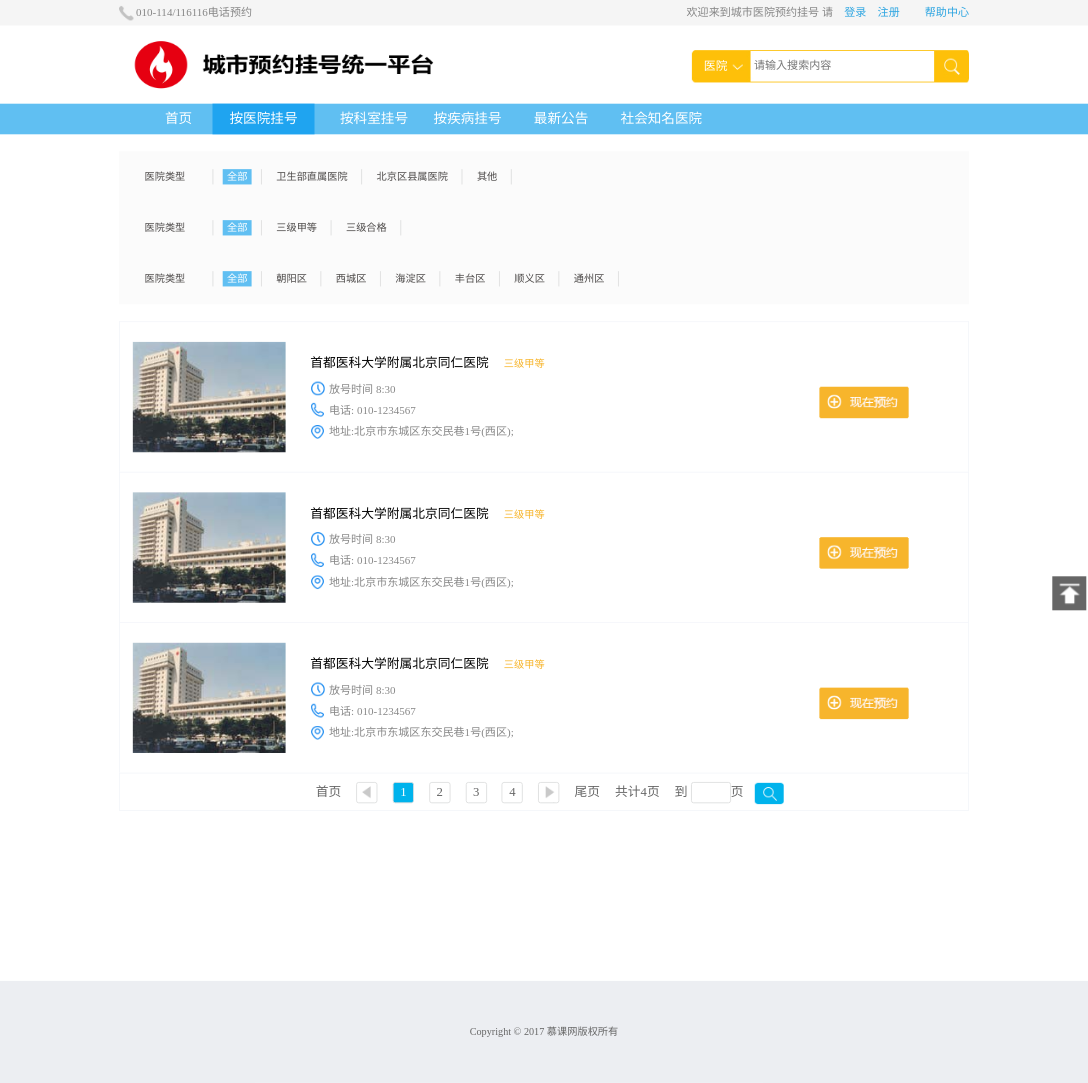
Repository: ScarApocalypse/study
Page: 挂号平台/hosptial.html
The author's editor kept a copy of each file at every save. The page is drawn from the files as they stood at one save, then again after the next save.
The browser window is 1280 px wide. The pictures show the whole page, at 85% of full size.

Above is the page before, as saved 2019-01-22 17:00:02.

### 挂号平台/hosptial.html
<!DOCTYPE html>
<html lang="en">

<head>
    <meta charset="UTF-8">
    <title>城市预约挂号</title>
    <link rel="stylesheet" href="css/layout.css">
    <link rel="stylesheet" type="text/css" href="css/base.css">
    <link rel="stylesheet" type="text/css" href="css/ui.css">
    <link rel="stylesheet" href="css/hosptial.css">
    <script type="text/javascript" src="js/jquery-1.7.1.min.js"></script>
    <script type="text/javascript" src="js/data.js"></script>
    <script src="js/hosptial.js"></script>
</head>

<body>
    <!-- 顶部区域 -->
    <div id="top" class="top">
        <div class="wrap">
            <p class="call">010-114/116116电话预约</p>
            <p class="welcome">欢迎来到城市医院预约挂号&nbsp;请&nbsp;<a href="#">登录</a>
                <a href="#">注册</a>
                &nbsp;&nbsp;&nbsp;&nbsp;
                <a href="#">帮助中心</a>
            </p>

        </div>
    </div>
    <!-- 头部区域 -->
    <div id="header" class="header">
        <div class="wrap">
            <a href="index.html" class="logo">
                <img src="img/logo.png">
            </a>
            <div class="search ui-search">
                <div class="ui-search-selected">医院</div>
                <div class="ui-search-selected-list">
                    <a href="#">科室</a>
                    <a href="#">疾病</a>
                    <a href="#">医院</a>

                </div>
                <input class="ui-search-input" type="text" name="search-content" placeholder="请输入搜索内容">
                <a href="#" class="ui-search-submit"></a>
            </div>
        </div>
    </div>
    <!-- 导航栏区域 -->
    <div id="nav" class="nav">
        <div class="wrap">
            <a href="index.html" class="link">首页</a>
            <a href="hosptial.html" class="link link_focus">按医院挂号</a>
            <a href="#" class="link">按科室挂号</a>
            <a href="#" class="link">按疾病挂号</a>
            <a href="#" class="link">最新公告</a>
            <a href="#" class="link right">社会知名医院</a>
        </div>
    </div>
    <!-- 筛选区域 -->
    <div id="filter" class="filter wrap">
        <!-- 标题区域 -->
        <div class="group">
            <div class="caption">
                医院类型
                <a href="#" class="condition condition_focus">全部</a>

            </div>
            <a href="#" class="condition">卫生部直属医院</a>
            <a href="#" class="condition">北京区县属医院</a>
            <a href="#" class="condition">其他</a>
        </div>
        <div class="group">
            <div class="caption">
                医院类型
                <a href="#" class="condition condition_focus">全部</a>

            </div>
            <a href="#" class="condition">卫生部直属医院</a>
            <a href="#" class="condition">北京区县属医院</a>
            <a href="#" class="condition">其他</a>
        </div>
        <div class="group">
            <div class="caption">
                医院类型
                <a href="#" class="condition condition_focus">全部</a>

            </div>
            <a href="#" class="condition">卫生部直属医院</a>
            <a href="#" class="condition">北京区县属医院</a>
            <a href="#" class="condition">其他</a>
        </div>

    </div>
    <!-- 列表区域 -->
    <!-- 列表模板 -->
    <script type="text/template" id="template_datalist_ite">
        <div class="item">
            <div class="cover"><img src="[imgUrl]" alt=""></div>
            <div class="name">
                [name]
                <span class="level">[level]</span>
            </div>
            <div class="time">放号时间 [time]</div>
            <div class="phone">电话: [phone]</div>
            <div class="address">地址: [address];</div>
            <a href="#" class="button">&nbsp;</a>
        </div>
    </script>
    <div class="datalist wrap">
        <div class="item">
            <div class="cover"><img src="img/hospital-1.jpg" alt=""></div>
            <div class="name">
                首都医科大学附属北京同仁医院
                <span class="level">三级甲等</span>
            </div>
            <div class="time">放号时间 8:30</div>
            <div class="phone">电话: 010-1234567</div>
            <div class="address">地址:北京市东城区东交民巷1号(西区);</div>
            <a href="#" class="button">&nbsp;</a>
        </div>
        <div class="item">
            <div class="cover"><img src="img/hospital-1.jpg" alt=""></div>
            <div class="name">
                首都医科大学附属北京同仁医院
                <span class="level">三级甲等</span>
            </div>
            <div class="time">放号时间 8:30</div>
            <div class="phone">电话: 010-1234567</div>
            <div class="address">地址:北京市东城区东交民巷1号(西区);</div>
            <a href="#" class="button">&nbsp;</a>
        </div>
        <div class="item">
            <div class="cover"><img src="img/hospital-1.jpg" alt=""></div>
            <div class="name">
                首都医科大学附属北京同仁医院
                <span class="level">三级甲等</span>
            </div>
            <div class="time">放号时间 8:30</div>
            <div class="phone">电话: 010-1234567</div>
            <div class="address">地址:北京市东城区东交民巷1号(西区);</div>
            <a href="#" class="button">&nbsp;</a>
        </div>
    </div>
    <!-- 分页区域 -->
    <div class="pagination wrap">
        <a href="#0" class="item item_text">首页</a>
        <a href="#0" class="item item_icon item_prev">&nbsp;</a>
        <span class="page_wrap">
            <a href="#1" class="item item_page">1</a>
            <a href="#1" class="item item_page item_page_focus">2</a>
            <a href="#1" class="item item_page">3</a>
        </span>
        <a href="#0" class="item item_icon item_next">&nbsp;</a>
        <a href="#0" class="item item_text">尾页</a>
        <a href="#0" class="item item_count">共计3页</a>
        <span href="0" class="item item_text">到
            <input type="text" class="input_page" name="input_page">页
            <input type="button" class="input_submit" value="">

        </span>

    </div>
    <!-- 页脚区域 -->
    <div id="footer" class="footer">
        Copyright &copy 2017 慕课网版权所有
    </div>
    <!-- 回到顶部 -->
    <a class="go-top" href="#"></a>
    <script type="text/javascript" src="js/ui.js"></script>
</body>

</html>

### 挂号平台/css/layout.css
*{
	margin:0;
	padding:0;
}
.clearfix:after{
	content:' ';
	display: block;
	height:0;
	line-height: 0;
	clear:both;
	zoom:1;
}
.wrap{
	width: 1000px;
	margin:0 auto;
	position: relative;
}
.top{
	height: 30px;
	background-color:#f5f5f5;
}
.header{
	height: 92px;
}
.nav{
	height: 36px;
	background-color:#60bff2;
}
.banner{
	width: 802px;
	margin:0 auto;
	height: 414px;
	padding:9px 0 0 198px;
}
.banner-slider{
	float: left;
	width: 544px;
	height: 414px;
	background-color: #8edff3;
}
.banner-search{
	float:right;
	width:250px;
	height:255px;
	background-color: #eee;
}
.banner-help{
	float: right;
	width: 250px;
	height: 146px;
	background-color: #ccc;
	margin-top:12px;
}
.content{
	padding:10px 0 38px 0;
}
.content-tab{
	float: left;
	width: 742px;
	height: 490px;
	background-color: #eee;
}
.content-close,
.content-news{
	float: right;
	width: 248px;
	height: 236px;
	border:1px solid #ccc;
}
.content-close{
	margin-top:12px;
	border-color:red;
}
.footer{
	height:70px;
	padding:25px;
	background-color: #eceef2;
}

### 挂号平台/css/ui.css
/*ui-search搜索*/
.ui-search {
	background: url(../img/ui-search.jpg);
	font-size: 14px;
	color: #fff;
	position: relative;
}

.ui-search-selected {
	width: 70px;
	height: 38px;
	line-height: 38px;
	position: absolute;
	left: 0;
	top: 0;
	text-indent: 14px;
}

.ui-search-selected-list {
	display: none;
	position: absolute;
	width: 67px;
	line-height: 24px;
	background-color: #fff;
	box-shadow: 3px 3px 5px rgba(0, 0, 0, .2);
	left: 2px;
	top: 36px;
	z-index: 2;
}

.ui-search-selected-list a {
	display: block;
	text-align: center;
	color: #a5a2a2;
}

.ui-search-selected-list a:hover {
	background-color: #ebeef5;
}

.ui-search-input {
	width: 208px;
	height: 26px;
	position: absolute;
	top: 5px;
	left: 73px;
	line-height: 26px;
	font-size: 13px;
	color: #a5a2a2;
}

.ui-search-submit {
	display: block;
	position: absolute;
	right: 0;
	top: 1px;
	width: 40px;
	height: 36px;
}

/* ui-menu分类菜单 */
.ui-menu{}
.ui-menu-item{
	height: 22px;
	line-height: 22px;
	padding:8px 5px 9px 6px;
	/* margin-left:2px; */
	/* position: relative; */
}
.ui-menu-item:hover{
	background: #fff;
}
.ui-menu-item-department{
	float: left;
	height: 22px;
	line-height: 22px;
	position: relative;
	padding-left:30px;
	font-size:14px;
	color:#fff;
}
.ui-menu-item-department:before{
	content:'';
	display:block;
	width: 22px;
	height: 21px;
	position: absolute;
	left:0;
	top:1px;
	background:url('../img/icon-menu.jpg') -22px 0 no-repeat;
}
.ui-menu-item:nth-child(2) .ui-menu-item-department:before{
	background-position-y:-22px;
}
.ui-menu-item:nth-child(3) .ui-menu-item-department:before{
	background-position-y:-66px;
}
.ui-menu-item-disease{
	font-size: 12px;
	float:right;
	padding-left:5px;
	color:#d7f3ff
}
.ui-menu-item:hover .ui-menu-item-department:before{
	background-position-x: 0;
}
.ui-menu-item:hover .ui-menu-item-department{
	color:#333;
}
.ui-menu-item:hover .ui-menu-item-disease{
	color:#868686;
}
.ui-menu-item:hover .ui-menu-item-detail{
	display: block;
}
.ui-menu-item-detail{
	display:none;
	position: absolute;
	width: 500px;
	height: 393px;
	padding:20px 10px 10px 29px;
	background:#fff url(../img/bg-menu.jpg) center no-repeat;
	top:0;
	left:190px;
	box-shadow:5px 5px 2px rgba(0,0,0,.1);
	z-index:9;

}
.ui-menu-item-detail-group{
	padding-bottom:20px;
	text-align: left;


}
.ui-menu-item-detail-group-caption{
	width: 100%;
	display:block;
	color:#666;
	font-size:16px;
	font-weight:bold;
	line-height: 34px;
	height: 34px;
}
.ui-menu-item-detail-group-list{
	line-height: 23px;
}
.ui-menu-item-detail-group-list a{
	display: inline-block;
	color:#868686;
	margin-right:8px;
	font-size:12px;
	padding-bottom:5px;
}
.ui-menu-item-detail-group-list a:after{
	content:'|';
	color:#eee;
	padding-left:8px;
}
/* ui-slider组件 */
.ui-slider{
	width: 544px;
	height: 414px;
	position: relative;
	overflow: hidden;
}
.ui-slider-wrap{
	width: 99999px;
	height: 414px;
	position: absolute;
	left:0;
	right:0;
	transition:all .5s;
}
.ui-slider-wrap .item{
	display: block;
	float:left;
	width: 544px;
	height: 414px;
}
.ui-slider-arrow{
	width: 544px;
	height: 40px;
	position: absolute;
	/* background: #000;	 */
	top:50%;
	transform: translateY(-50%);
}
.ui-slider-arrow .item{
	display: block;
	width: 40px;
	height: 40px;
	position: absolute;
	top:0;
	background: url(../img/ui-slider-arrow.png) no-repeat;
}
.ui-slider-arrow .left{
	left:0;
}
.ui-slider-arrow .right{
	right:0;
	background-position: -40px 0;
}
.ui-slider-process{
	width: 544px;
	height: 12px;
	text-align: center;
	position: absolute;
	left:0;
	bottom:20px;
}
.ui-slider-process .item{
	display: inline-block;
	width: 16px;
	height: 16px;
	background:url(../img/ui-slider-process.png) no-repeat;

}
.ui-slider-process .item_focus,
.ui-slider-process .item:hover{
	background-position: -23px 0;
}

### 挂号平台/css/hosptial.css
/* 筛选区域 */
.filter{
    min-height: 100px;
    background-color: #fbfbfb;
    margin:20px auto;
}
.filter .group{
    padding:15px 60px 15px 180px;
    color:#4c4948;
    font-size:12px;
    line-height: 18px;
    min-height:30px;
    position: relative;
}
.filter .group .caption{
    position: absolute;
    left: 30px;
    top: 21px;
    width: 150px;
}
.filter .group .condition{
   color:#4c4948;
   display: inline-block;
   position: relative;
   margin:6px 24px 6px 0px;
   padding:0 5px;
}
.filter .group .caption .condition{
    position: absolute;
    right:0;
    top: -6px;
}
.filter .group .caption .condition::before,
.filter .group .condition::after{
    content:'';
    display: block;
    width: 1px;
    height: 18px;
    background: #dcdddd;
    position: absolute;
    top:0;
    right:-12px;
}
.filter .group .caption .condition::before{
    left:-12px;
}
.filter .group .condition_focus,
.filter .group .condition:hover{
    color:#fff;
    background-color:#60bff2;
}
/* 医院列表 */
.datalist .item{
    height: 130px;
    padding:23px 0 23px 224px;
    border:1px solid #f4f6fa;
    border-bottom:none;
    position: relative;
}
.datalist .item .cover{
    width: 180px;
    height: 130px;
    position: absolute;
    overflow: hidden;
    left: 15px;
    top: 23px;
}
.datalist .item:hover{
    background-color:#f5fcff;
}
.data .item .cover img{
    width: 100%;
    height: 100%;
}
.datalist .item .name{
    padding:13px 0;
    color:#000;
    font-size:15px;
}
.datalist .item .name .level{
    padding:0 2px 0 14px;
    color:#f7b52c;
    font-size: 12px;
}
.datalist .item .address,
.datalist .item .phone,
.datalist .item .time{
    margin-bottom:8px;
    font-size: 13px;
    color:#888;
    line-height: 17px;
    padding-left:22px;
    background: url(../img/icon-tel.png) no-repeat;
    background-position: 1px -36px;
}
.datalist .item .phone{
    background-position: 1px 0;
}
.datalist .item .address{
    background-position: 1px -17px;
}
.datalist .item .button{
    position: absolute;
    width: 105px;
    height: 37px;
    right: 70px;
    top:76px;
    display: block;
    background:url(../img/button-now.png) no-repeat  center left;
}
.datalist .item .button:hover{
    background-position: center right;
}
/* 分页区域 */
.pagination{
    height: 45px;
    line-height: 25px;
    border:1px solid #f4f6fa;
    text-align: center;
    color:#666;
    font-size:15px;
    margin-bottom:200px;
    padding:10px 0;
    box-sizing: border-box;
}
.pagination .item{
    margin-left:14px;
    color:#666;
    display: inline-block;
}
.pagination .item_icon:hover{
    background-color: #00b3ec;
}
.pagination .item_icon{
    background:url(../img/icon-pagination-arrow.png) no-repeat;
}
.pagination .item_prev{
    background-position: 6px -15px;
}
.pagination .item_prev:hover{
    background-position: -20px -15px;
}
.pagination .item_next{
    background-position: 8px 4px;
}
.pagination .item_next:hover{
    background-position: -18px 4px;
}
.pagination .input_page,
.pagination .item_page,
.pagination .item_icon{
    display: inline-block;
    width: 23px;
    height: 23px;
    line-height: 23px;
    border:solid 1px #dcdddd;
    border-radius:3px;
}
.pagination .item_page_focus{
    background:#00b3ec;
    color:#fff
}
.pagination .input_page{
    width: 45px;
    text-align: center;
}
.pagination .input_submit{
    width: 34px;
    height: 25px;
    display: inline-block;
    margin-left:10px;
    background:url(../img/icon-pagination-go.png);
    vertical-align:middle;
}

### 挂号平台/js/hosptial.js
$(function(){
//    给出所有的筛选条件
    var arrConditionArea=AjaxRemoteGetData.getDistinctArea().slice(1);
    console.log(arrConditionArea);
    var arrConditionLevel =AjaxRemoteGetData.getDistinctLevel().slice(1);
    var arrConditionType=AjaxRemoteGetData.getDistinctType().slice(1);
    $('.filter .group>.condition').remove();
    $.each(arrConditionArea,function(i,item){
        var c=$('<a href="#" class="condition">'+item+'</a>');
        $('.filter .group').eq(2).append(c);
    });
    $.each(arrConditionLevel,function(i,item){
        var c=$('<a href="#" class="condition">'+item+'</a>');
        $('.filter .group').eq(1).append(c);
    });
    $.each(arrConditionType,function(i,item){
        var c=$('<a href="#" class="condition">'+item+'</a>');
        $('.filter .group').eq(0).append(c);
    });
    // 筛选条件事件监听,动态获取新的数据,AjaxRemoteGetData.getHospitalArrByFilter
    var DataHospital=[];
    $('.filter')
        .on('initEvent',function(){
            var filter=$(this);
            filter.find('.condition').on('click',function(){
                var condition=$(this);
                var group=condition.parents('.group').eq(0);
                group.find('.condition').removeClass('condition_focus');
                condition.addClass('condition_focus');
                filter.triggerHandler('reloadData');
                return false;
            });
            filter.triggerHandler('reloadData');
        })
        .on('reloadData',function(){
            var type=$('.filter .group').eq(0).find('.condition_focus').text();
            var level=$('.filter .group').eq(1).find('.condition_focus').text();
            var area=$('.filter .group').eq(2).find('.condition_focus').text();
            DataHospital=AjaxRemoteGetData.getHospitalArrByFilter(type,level,area);
            $('.pagination').triggerHandler('initPageNumber');
        });
        // 分页设置事件监听&处理数据渲染
        var pageSize=3;//每页显示条数
        var pageCount=0;//总共页数
        var currentPage=0;//当前页数，0=1页
        $('.pagination')
        .on('initPageNumber',function(){
            pageCount=Math.ceil(DataHospital.length / pageSize);
            currentPage=0;
            var page_wrap=$('.page_wrap',this);

            page_wrap.empty();
            console.log(pageCount);
            for(i=0;i<pageCount;i++){
                var page=' <a href="#1" class="item item_page">'+(i+1)+'</a>';
                page_wrap.append(page);
            }
            $('.item_count',this).text('共计'+pageCount+'页');
            $('.datalist').triggerHandler('render');
        })
        .on('initEventAndDelegate',function(){
            // 处理按钮事件、页码切换
            var pagination=$(this);
            var page_wrap=$('page_wrap',pagination);
            // 首页、尾页
            $('item_first',pagination).on('click',function(){
                currentPage=0;
                $('.datalist').triggerHandler('render');
                return false;
            });
            $('item_last',pagination).on('click',function(){
                currentPage=pageCount-1;
                $('.datalist').triggerHandler('render');
                return false;
            });
            // 上页，下页
            $('item_prev',pagination).on('click',function(){
                if(currentPage>0){
                    currentPage--;
                }
                $('.datalist').triggerHandler('render');
                return false;
            });
            $('item_prev',pagination).on('click',function(){
                if(currentPage<pageCount-1){
                    currentPage++;
                }
                $('.datalist').triggerHandler('render');
                return false;
            });
            // 因为.item_page是生成的元素，因此用delegate来注册事件
            page_wrap.delegate('item_page','click',function(){
                currentPage=$(this).index();
                $('.datalist').triggerHandler('render');
                return false;
            });
            $('input_submit',pagination).on('click',function(){
                var goPage=$('input_page',pagination).val()-1;
                if(goPage>=0&&goPage<pageCount){
                    currentPage=goPage;
                    $('.datalist').triggerHandler('render');
                }
            });
        })
        .triggerHandler('initEventAndDelegate');
        // 数据列表呈现数据
        var template=$('#template_datalist_ite').html();
        $('.datalist')
        .on('render',function(){
            // 渲染下当前页面高亮
            $('.pagination .page_wrap').find('.item_page')
                .removeClass('item_page_focus')
                .eq(currentPage).addClass('item_page_focus');
            var datalist=$(this);
            // datalist.empty();
            // var arrData=DataHospital.slice(current*pageSize,(currentPage+1)*pageSize);
            // // 循环所有数据，列表数据
            // for(i=0,j=arrData.length;i<j;i++){
            //     var d=arrData[i];
            //     var objectData={
            //         'area':d[0],
            //         'lever':d[1],
            //         'type':d[2],
            //         'name':d[3],
            //         'address':d[4],
            //         'imgUrl':d[5],
            //         'time':d[6],
            //         'phone':d[7],
            //     };
            // }
            // var html=template;
            // for(k in objectData){
            //     var v=objectData[k];
            //     html=html.replace('['+k+']',v);
            // }
            // datalist.append(html);
        });
        $('.filter').triggerHandler('initEvent');
        $('body').click(function(){
            console.log("sss");
        });
});

Loaded but not shown: 挂号平台/js/jquery-1.7.1.min.js (library); 挂号平台/js/data.js (172 lines, source omitted); 挂号平台/js/ui.js (146 lines, source omitted); 挂号平台/css/base.css (331 lines, source omitted)

After the next save:
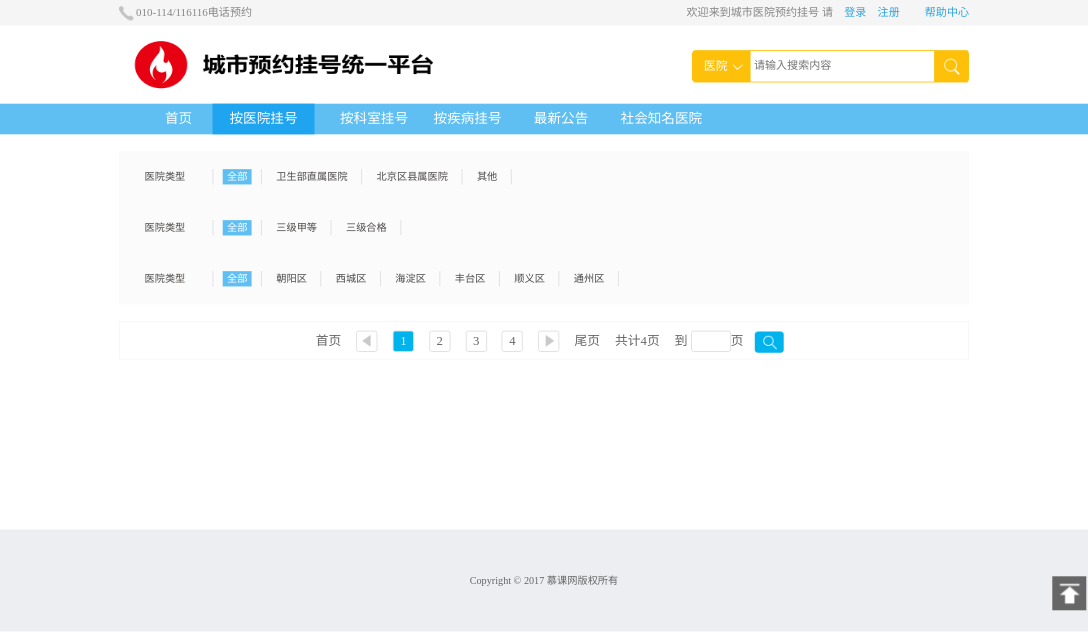
Console error: ReferenceError: current is not defined
Saved 6 s later.
--- a/挂号平台/js/hosptial.js
+++ b/挂号平台/js/hosptial.js
@@ -112,28 +112,28 @@ $(function(){
                 .removeClass('item_page_focus')
                 .eq(currentPage).addClass('item_page_focus');
             var datalist=$(this);
-            // datalist.empty();
-            // var arrData=DataHospital.slice(current*pageSize,(currentPage+1)*pageSize);
-            // // 循环所有数据，列表数据
-            // for(i=0,j=arrData.length;i<j;i++){
-            //     var d=arrData[i];
-            //     var objectData={
-            //         'area':d[0],
-            //         'lever':d[1],
-            //         'type':d[2],
-            //         'name':d[3],
-            //         'address':d[4],
-            //         'imgUrl':d[5],
-            //         'time':d[6],
-            //         'phone':d[7],
-            //     };
-            // }
-            // var html=template;
-            // for(k in objectData){
-            //     var v=objectData[k];
-            //     html=html.replace('['+k+']',v);
-            // }
-            // datalist.append(html);
+            datalist.empty();
+            var arrData=DataHospital.slice(current*pageSize,(currentPage+1)*pageSize);
+            // 循环所有数据，列表数据
+            for(i=0,j=arrData.length;i<j;i++){
+                var d=arrData[i];
+                var objectData={
+                    'area':d[0],
+                    'lever':d[1],
+                    'type':d[2],
+                    'name':d[3],
+                    'address':d[4],
+                    'imgUrl':d[5],
+                    'time':d[6],
+                    'phone':d[7],
+                };
+            }
+            var html=template;
+            for(k in objectData){
+                var v=objectData[k];
+                html=html.replace('['+k+']',v);
+            }
+            datalist.append(html);
         });
         $('.filter').triggerHandler('initEvent');
         $('body').click(function(){
